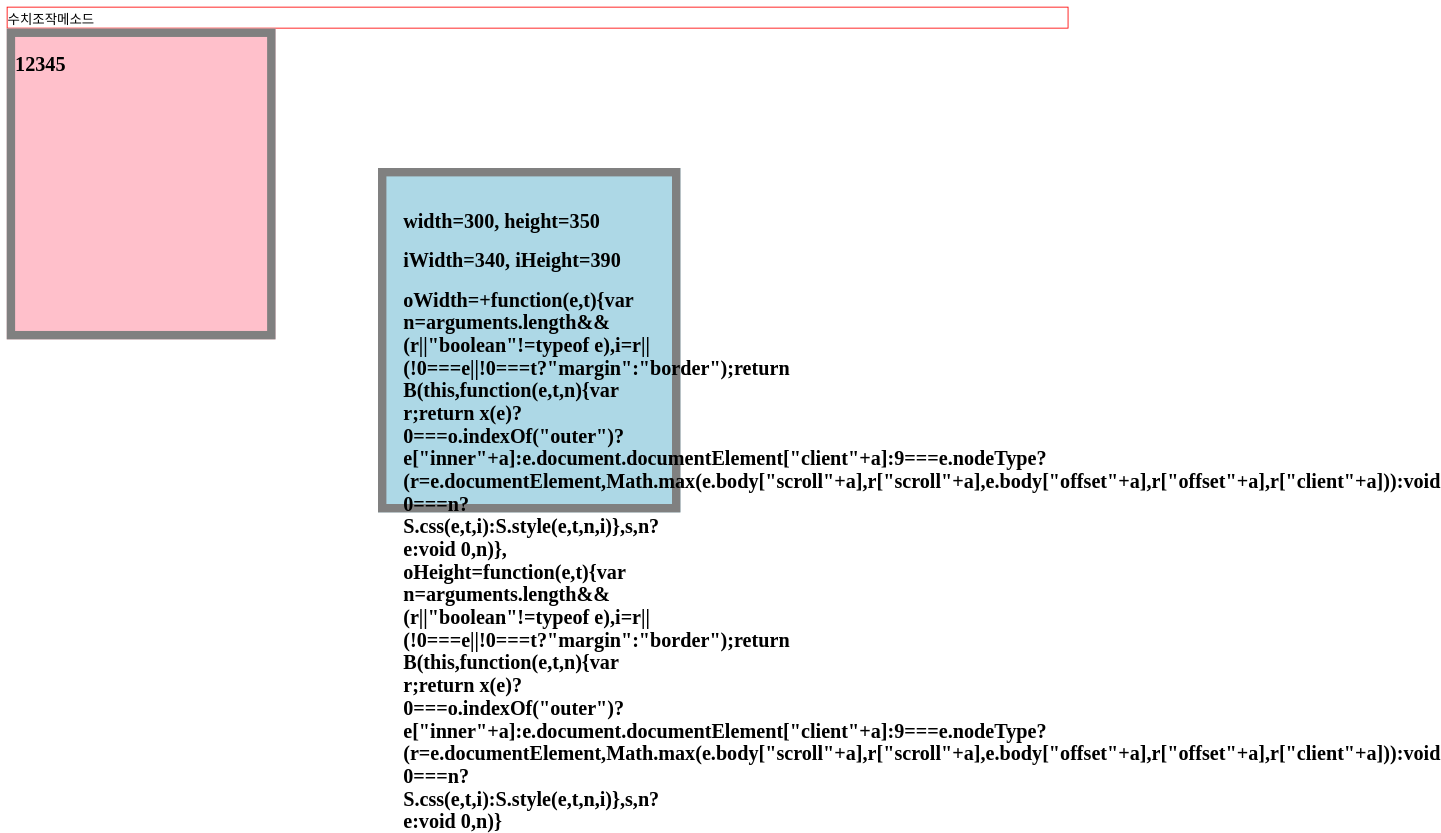
Repository: KangSuA/JSP
Page: webApp/src/main/webapp/jquery/jq08_object.html
These files come from the project's save history. The page is drawn as it stood at one moment and after the next save; the edit follows.
The browser window is 1280 px wide. The page is 1715 px wide, then 1280 px, so the pictures cover 1715 px, including what lies to the right of the window. The pictures show the whole page, at 84% of full size.

Above is the page before, as saved 2023-02-15 00:25:16.

After the next save:
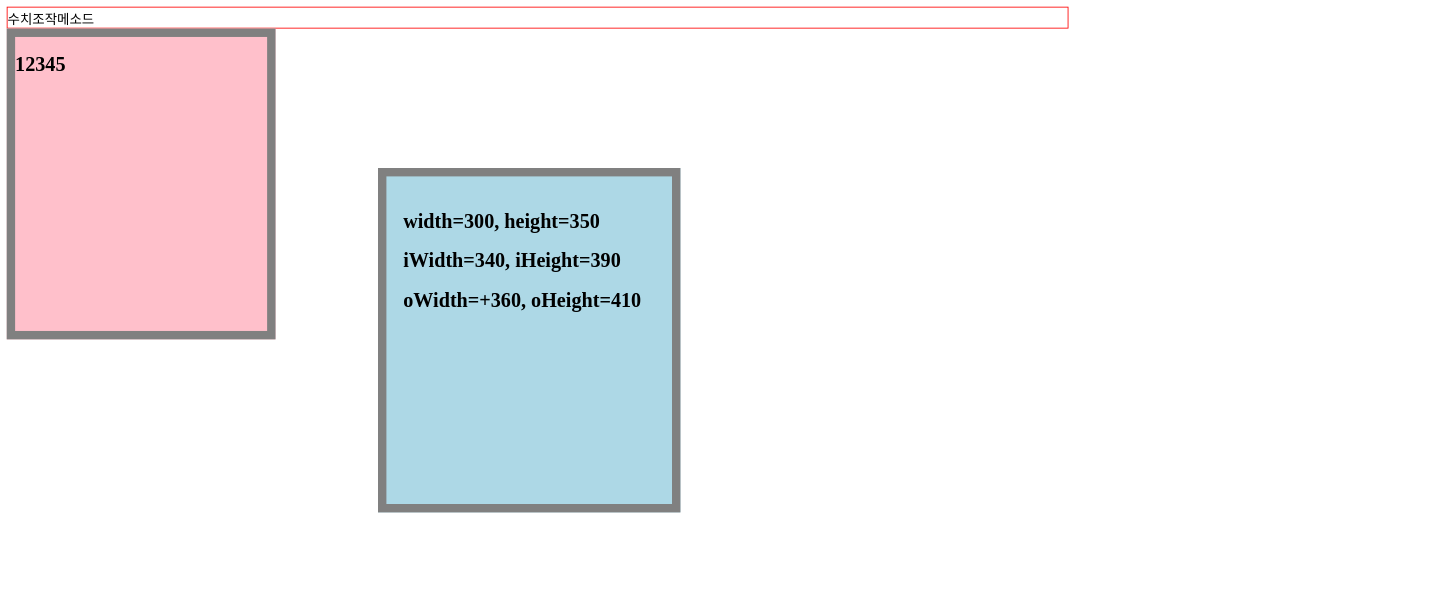
Saved 87 s later.
--- a/webApp/src/main/webapp/jquery/jq08_object.html
+++ b/webApp/src/main/webapp/jquery/jq08_object.html
@@ -25,7 +25,7 @@
 		$('div:last').append("<h2>iWidth="+innerWidth+", iHeight="+innerHeight+"</h2>");
 
 		//outerWidth(), outerHeight() : border와 padding을 포함한 폭과 높이를 구한다.
-		$('div:last').append("<h2>oWidth=+"+$('div:last').outerWidth+", oHeight="+$('div:eq(2)').outerHeight);
+		$('div:last').append("<h2>oWidth=+"+$('div:last').outerWidth()+", oHeight="+$('div:eq(2)').outerHeight()+"</h2>");
 
 	})
 </script>
